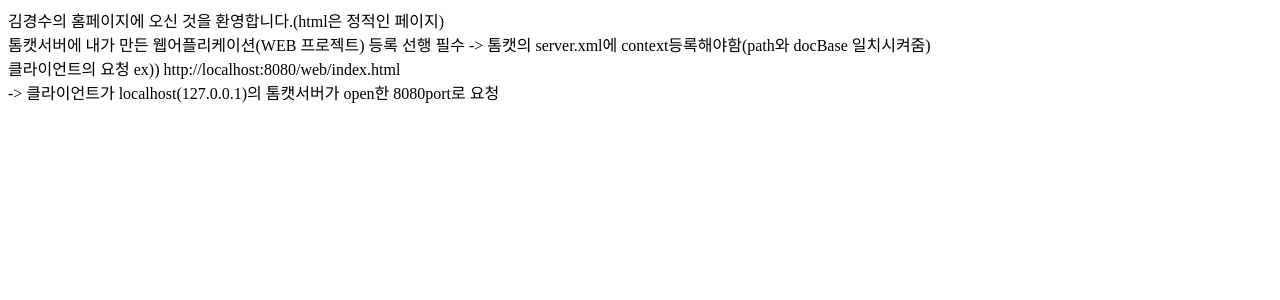
Repository: ainokks071/ServletJSP
Page: WEB/webapp/index.html
An editor plug-in stored every save of this project. The page is shown before and after the next save, followed by the edit.
The browser window is 1280 px wide. The pictures show the whole page.

Above is the page before, as saved 2023-08-01 08:08:22.

After the next save:
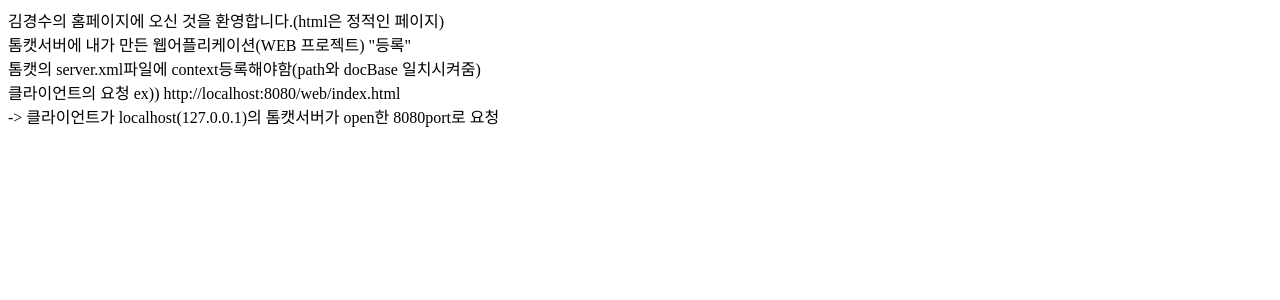
Saved 42 s later.
--- a/WEB/webapp/index.html
+++ b/WEB/webapp/index.html
@@ -7,7 +7,8 @@
 <body>
 
 김경수의 홈페이지에 오신 것을 환영합니다.(html은 정적인 페이지) <br>
-톰캣서버에 내가 만든 웹어플리케이션(WEB 프로젝트) 등록 선행 필수 -> 톰캣의 server.xml에 context등록해야함(path와 docBase 일치시켜줌)<br>
+톰캣서버에 내가 만든 웹어플리케이션(WEB 프로젝트) "등록" <br>
+톰캣의 server.xml파일에 context등록해야함(path와 docBase 일치시켜줌)<br>
 클라이언트의 요청 ex)) http://localhost:8080/web/index.html <br>
 -> 클라이언트가 localhost(127.0.0.1)의 톰캣서버가 open한 8080port로 요청<br>
 
